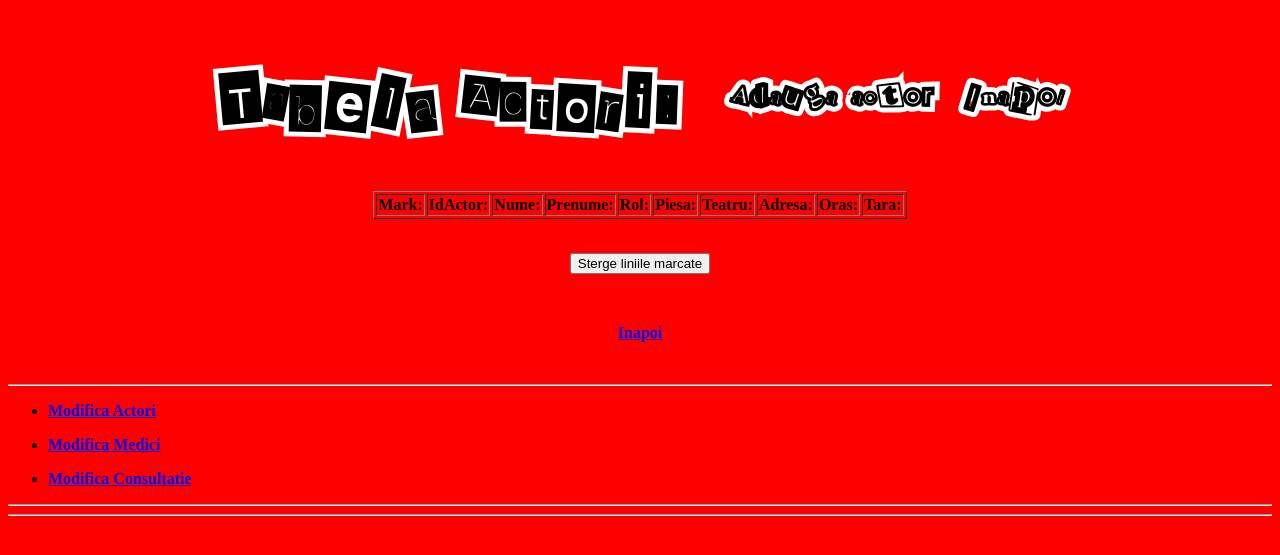
Repository: SusStefan/ActorDB
Page: http://localhost/Actori/tabela_actori.jsp
An editor plug-in stored every save of this project. The page is shown before and after the next save, followed by the edit.
The browser window is 1280 px wide. The pictures show the whole page.
The page is served by Tomcat 9. Queries for data that is not in the repository find no rows.

Above is the page before, as saved 2025-12-12 23:23:28.
Console error: TypeError: Cannot set properties of null (setting 'innerHTML')

### Actori/src/main/webapp/tabela_actori.jsp
<%@ page language="java" contentType="text/html; charset=UTF-8" pageEncoding="UTF-8"%>
<%@ page language="java" import="java.lang.*,java.math.*,db.*,java.sql.*, java.io.*, java.util.*"%>
<!DOCTYPE html PUBLIC "-//W3C//DTD HTML 4.01 Transitional//EN" "http://www.w3.org/TR/html4/loose.dtd">
<html>
 <head>
 <meta http-equiv="Content-Type" content="text/html; charset=UTF-8">
 <title>Tabela Actori</title>
 </head>
 <jsp:useBean id="jb" scope="session" class="db.JavaBean" />
 <jsp:setProperty name="jb" property="*" />
 <body>
  <div id="butholder">
 <h1 align="center" id="titlu"> Tabela Actori:</h1>
 <br/>

<a href="adauga_actor.jsp">
<div class="cssbutton "id="Butactori"><b class="sway-text"><strong>Adauga actor</strong></b></div>
</a>
 <a href="index.html">
<div class="cssbutton "id="Butactori"><b class="sway-text"><strong>Inapoi</strong></b></div>
</a>
</div>
 <form action="sterge_Pacient.jsp" method="post">
 <table border="1" align="center">
 <tr>
 <td><b>Mark:</b></td>
 <td><b>IdActor:</b></td>
 <td><b>Nume:</b></td>
 <td><b>Prenume:</b></td>
 <td><b>Rol:</b></td>
 <td><b>Piesa:</b></td>
 <td><b>Teatru:</b></td>
 <td><b>Adresa:</b></td>
 <td><b>Oras:</b></td>
 <td><b>Tara:</b></td>
 </tr>
 <%
 jb.connect();
 ResultSet rs = jb.vedeActori();
 long x;
 while (rs.next()) {
 x = rs.getInt("idactor");
 %>
 <tr>
 <td><input type="checkbox" name="primarykey" value="<%= x%>" /></td><td><%= x%></td>
 <td><%= rs.getString("nume")%></td>
 <td><%= rs.getString("prenume")%></td>
 <td><%= rs.getString("rol")%></td>
 <td><%= rs.getString("piesa")%></td>
  <td><%= rs.getString("teatru")%></td>
  <td><%= rs.getString("adresa")%></td>
  <td><%= rs.getString("oras")%></td>
  <td><%= rs.getString("tara")%></td>
 <%
 }
 %>
 </tr>
 </table><br/>
 <p align="center">
 <input type="submit" value="Sterge liniile marcate">
 </p>
 </form>
 <%
 rs.close();
 jb.disconnect();
 %>
 <br/>
 <p align="center">
 <a href="index.html"><b>Inapoi</b></a>
 <br/>
 </p>
 <br/>
 <hr>
 <ul>
 <li><a href="modifica_Pacient.jsp"><b><strong>Modifica Actori</strong></b></a></li>
 </ul>
 <ul>
 <li><a href="modifica_Medic.jsp"><b><strong>Modifica Medici</strong></b></a></li>
 </ul>
 <ul>
 <li><a href="modifica_Consultatie.jsp"><b><strong>Modifica Consultatie</strong></b></a></li>
 </ul>
 <hr>
 <hr>
 </body>
  <style>

 @font-face {
  font-family: 'Persona';            /* You give it a nickname here */
  src: url('./assets/earwig_factory/pers.ttf') format('truetype'); /* Point to the file */
  font-weight: normal;
  font-style: normal;
}

 @font-face {
  font-family: 'Persona2';            /* You give it a nickname here */
  src: url('./assets/earwig_factory/persona.otf') format('opentype'); /* Point to the file */
  font-weight: normal;
  font-style: normal;
}
 @font-face {
  font-family: 'clock';            /* You give it a nickname here */
  src: url('./assets/earwig_factory/p5hatty.ttf') format('truetype'); /* Point to the file */
  font-weight: normal;
  font-style: normal;
}
 body{
 background-color: red;
 }
 .sway-text{
 color:black;
 font-size:300%;
 font-family:Persona;

 }
 #butholder
 {
 display:flex;
flex-direction: row;
 padding:10px;
 justify-content:center;
 align-items:center;
 gap:20px;
 }
 #titlu{
 text-align:left;
 font-family: Persona2;
 paint-order: stroke fill;
 color:black;
-webkit-text-stroke: 10px white;
 font-size:400%;
 }
  .time{

 font-family: clock;
 paint-order: stroke fill;
 color:white;
-webkit-text-stroke: 30px black;

 }
 #hms{ position:absolute;
  font-size:1000%;
  top:-13%;
  right:6%;
 }
#day{ position:absolute;
right:3%;
 font-size:400%;
transform: rotate(-10deg);
 }
 #month{ position:absolute;
right:13%;
top:-2%;
 font-size:500%;
 transform: rotate(10deg);
 }
 .cssbutton
 {
 width:100%;
 height:20%;
 background-color:red;
 padding:5px;
 text-align: center;
 }
 #inapoi
 {

 }


 .sway-text {
  display: inline-block; /* Required for transform to work on text spans */
  transition: color 0.3s; /* Optional: smooth color change */
  cursor: default;
   paint-order: stroke fill;
 color:black;
-webkit-text-stroke: 10px white;
 font-size:200%;
}

 @keyframes sway {
  0% { transform: rotate(0deg); }
  25% { transform: rotate(5deg); }
  50% { transform: rotate(0deg); }
  75% { transform: rotate(-5deg); }
  100% { transform: rotate(0deg); }
}

 .cssbutton:hover
 {
  background-color:white;
  border: 3px solid black;
  animation: sway 2s ease-in-out infinite;
  }
 </style>
 <script>
 const weekday = ["Sunday","Monday","Tuesday","Wednesday","Thursday","Friday","Saturday"];
 let time = document.getElementById("hms");
 let day = document.getElementById("day");
 let month = document.getElementById("month");
 let d= new Date();
 time.innerHTML = d.getDate();
 month.innerHTML = d.getMonth()+1+"/";
 day.innerHTML = weekday[d.getDay()];


 </script>
</html>

### Actori/src/main/java/db/JavaBean.java
/*
 * Curs3_Eclipse - Valentin Pupezescu
 */
package db;
import java.math.BigDecimal;
import java.sql.*;
/**
 *
 * @author vali
 */
public class JavaBean {
	String error;
	Connection con;
	public JavaBean() {
	}
	public void connect() throws ClassNotFoundException, SQLException, Exception {
		try {
			Class.forName("com.mysql.cj.jdbc.Driver");
			con = DriverManager.getConnection("jdbc:mysql://localhost:3306/actori?useSSL=false", "root", "2005");
		} catch (ClassNotFoundException cnfe) {
			error = "ClassNotFoundException: Nu s-a gasit driverul bazei de date.";
			throw new ClassNotFoundException(error);
		} catch (SQLException cnfe) {
			error = "SQLException: Nu se poate conecta la baza de date.";
			throw new SQLException(error);
		} catch (Exception e) {
			error = "Exception: A aparut o exceptie neprevazuta in timp ce se stabilea legatura la baza de date.";
			throw new Exception(error);
		}
	} // connect()
	public void disconnect() throws SQLException {
		try {
			if (con != null) {
				con.close();
			}
		} catch (SQLException sqle) {
			error = ("SQLException: Nu se poate inchide conexiunea la baza de date.");
			throw new SQLException(error);
		}
	} // disconnect()
	public void adaugaOras(String Nume, String Tara)
			throws SQLException, Exception {
		if (con != null) {
			try {
				// creaza un "prepared SQL statement"
				Statement stmt;
				stmt = con.createStatement();
				stmt.executeUpdate("insert into orase(nume,tara) values('" +Nume
		+ "' , '" + Tara + "');");
			} catch (SQLException sqle) {
				error = "ExceptieSQL: Reactualizare nereusita; este posibil sa existe duplicate.";
				throw new SQLException(error);
			}
		} else {
			error = "Exceptie: Conexiunea cu baza de date a fost pierduta.";
			throw new Exception(error);
		}
	} // end of adaugaPacient()

	public void adaugateatru(String Nume, String Descriere, String Adresa, long Oras)
			throws SQLException, Exception {
		if (con != null) {
			try {
				// creaza un "prepared SQL statement"
				Statement stmt;
				stmt = con.createStatement();
				stmt.executeUpdate("insert into teatre(nume,descriere,adresa,idoras) values('" + Nume +
						"' , '" + Descriere + "', '" + Adresa + "', '" + Oras + "');");
			} catch (SQLException sqle) {
				error = "ExceptieSQL: Reactualizare nereusita; este posibil sa existe duplicate.";
				throw new SQLException(error);
			}
		} else {
			error = "Exceptie: Conexiunea cu baza de date a fost pierduta.";
			throw new Exception(error);
		}
	}

			public void adaugaactori(String Nume, String Prenume, String Rol, String Piesa, double Salariu, long Teatre)
					throws SQLException, Exception {
				if (con != null) {
					try {
						Statement stmt;
						stmt = con.createStatement();
						stmt.executeUpdate("insert into actori(nume,prenume,rol,piesa,salariu,idteatru) values('" + Nume +
								"' , '" + Prenume + "', '" + Rol + "', '" + Piesa + "', '" + Salariu + "', '" + Teatre
								+ "');");
					} catch (SQLException sqle) {
						error = "ExceptieSQL: Reactualizare nereusita; este posibil sa existe duplicate.";
						throw new SQLException(error);
					}
				} else {
					error = "Exceptie: Conexiunea cu baza de date a fost pierduta.";
					throw new Exception(error);
				}
			}

	public ResultSet vedeOrase() throws SQLException, Exception {
	    ResultSet rs = null;
	    try {
	        // Simple query to select the ID and Name of all cities
	        String queryString = "SELECT idoras, nume FROM orase ORDER BY nume";
	        Statement stmt = con.createStatement();
	        rs = stmt.executeQuery(queryString);
	    } catch (SQLException sqle) {
	        error = "SQLException: Interogarea oraselor nu a fost posibila.";
	        throw new SQLException(error);
	    } catch (Exception e) {
	        error = "A aparut o exceptie in timp ce se extrageau orasele.";
	        throw new Exception(error);
	    }
	    return rs;
	}

	public ResultSet vedeTabela(String tabel) throws SQLException, Exception {
		ResultSet rs = null;
		try {
			String queryString = ("select * from `actori`.`" + tabel + "`;");
			Statement stmt = con.createStatement(/*ResultSet.TYPE_SCROLL_INSENSITIVE,
ResultSet.CONCUR_READ_ONLY*/);
			rs = stmt.executeQuery(queryString);
		} catch (SQLException sqle) {
			error = "SQLException: Interogarea nu a fost posibila.";
			throw new SQLException(error);
		} catch (Exception e) {
			error = "A aparut o exceptie in timp ce se extrageau datele.";
			throw new Exception(error);
		}
		return rs;
	} // vedeTabela()
	public ResultSet vedeTeatre() throws SQLException, Exception {
		ResultSet rs = null;
		try {
			String queryString = ("select t.idteatru as idteatru"
					+ ",t.nume as nume,"
					+ "t.descriere as descriere,"
					+ "t.adresa as adresa,o.nume as oras,o.tara as tara from teatre t inner join orase o using(idoras)");
		    Statement stmt = con.createStatement(/*ResultSet.TYPE_SCROLL_INSENSITIVE,
ResultSet.CONCUR_READ_ONLY*/);
			rs = stmt.executeQuery(queryString);
		} catch (SQLException sqle) {
			error = "SQLException: Interogarea nu a fost posibila.";
			throw new SQLException(error);
		} catch (Exception e) {
			error = "A aparut o exceptie in timp ce se extrageau datele.";
			throw new Exception(error);
		}
		return rs;
	} // vedeConsultatie()

	public ResultSet vedeActori() throws SQLException, Exception {
		ResultSet rs = null;
		try {
			String queryString = ("SELECT a.idactor AS idactor, " +
			           "a.nume AS nume, " +
			           "a.prenume AS prenume, " +
			           "a.rol AS rol, " +
			           "a.piesa AS piesa, " +
			           "a.salariu AS salariu, " +
			           "t.nume AS teatru, " +
			           "t.adresa AS adresa, " +
			           "o.nume AS oras, " +
			           "o.tara AS tara " +
			    "FROM actori a, teatre t, orase o " +
			    "WHERE a.idteatru = t.idteatru AND t.idoras = o.idoras" // Correct join conditions
			);
		    Statement stmt = con.createStatement(/*ResultSet.TYPE_SCROLL_INSENSITIVE,
ResultSet.CONCUR_READ_ONLY*/);
			rs = stmt.executeQuery(queryString);
		} catch (SQLException sqle) {
			error = "SQLException: Interogarea nu a fost posibila.";
			throw new SQLException(error);
		} catch (Exception e) {
			error = "A aparut o exceptie in timp ce se extrageau datele.";
			throw new Exception(error);
		}
		return rs;
	}

	public void stergeDateTabela(String[] primaryKeys, String tabela, String dupaID) throws
	SQLException, Exception {
		if (con != null) {
			try {
				// creaza un "prepared SQL statement"
				long aux;
				PreparedStatement delete;
				delete = con.prepareStatement("DELETE FROM " + tabela + " WHERE " + dupaID + "=?;");
				for (int i = 0; i < primaryKeys.length; i++) {
					aux = java.lang.Long.parseLong(primaryKeys[i]);
					delete.setLong(1, aux);
					delete.execute();
				}
			} catch (SQLException sqle) {
				error = "ExceptieSQL: Reactualizare nereusita; este posibil sa existe duplicate.";
				throw new SQLException(error);
			} catch (Exception e) {
				error = "A aparut o exceptie in timp ce erau sterse inregistrarile.";
				throw new Exception(error);
			}
		} else {
			error = "Exceptie: Conexiunea cu baza de date a fost pierduta.";
			throw new Exception(error);
		}
	} // end of stergeDateTabela()
	public void stergeTabela(String tabela) throws SQLException, Exception {
		if (con != null) {
			try {
				// creaza un "prepared SQL statement"
				Statement stmt;
				stmt = con.createStatement();
				stmt.executeUpdate("delete from " + tabela + ";");
			} catch (SQLException sqle) {
				error = "ExceptieSQL: Stergere nereusita; este posibil sa existe duplicate.";
				throw new SQLException(error);
			}
		} else {
			error = "Exceptie: Conexiunea cu baza de date a fost pierduta.";
			throw new Exception(error);
		}
	} // end of stergeTabela()
	public void modificaTabela(String tabela, String IDTabela, int ID, String[] campuri, String[]
			valori) throws SQLException, Exception {
		String update = "update " + tabela + " set ";
		String temp = "";
		if (con != null) {
			try {
				for (int i = 0; i < campuri.length; i++) {
					if (i != (campuri.length - 1)) {
						temp = temp + campuri[i] + "='" + valori[i] + "', ";
					} else {
						temp = temp + campuri[i] + "='" + valori[i] + "' where " + IDTabela + "= '" + ID + "';";
					}
				}
				update = update + temp;
				// creaza un "prepared SQL statement"
				Statement stmt;
				stmt = con.createStatement();
				stmt.executeUpdate(update);
			} catch (SQLException sqle) {
				error = "ExceptieSQL: Reactualizare nereusita; este posibil sa existe duplicate.";
				throw new SQLException(error);
			}
		} else {
			error = "Exceptie: Conexiunea cu baza de date a fost pierduta.";
			throw new Exception(error);
		}
	}
	public void modificaActor(int idActor, String Nume, String Prenume, String Rol, String Piesa, BigDecimal Salariu, long idTeatru)
		    throws SQLException, Exception {

		    if (con == null || con.isClosed()) {
		        throw new Exception("Exceptie: Conexiunea cu baza de date a fost pierduta.");
		    }
		    String sql = "UPDATE actori SET nume=?, prenume=?, rol=?, piesa=?, salariu=?, idteatru=? WHERE idactor=?";

		    try (PreparedStatement ps = con.prepareStatement(sql)) {
		        ps.setString(1, Nume);
		        ps.setString(2, Prenume);
		        ps.setString(3, Rol);
		        ps.setString(4, Piesa);
		        ps.setBigDecimal(5, Salariu); // Sets DECIMAL type securely
		        ps.setLong(6, idTeatru);      // Sets LONG/INT type securely
		        ps.setInt(7, idActor);         // WHERE clause ID

		        ps.executeUpdate();
		    } catch (SQLException sqle) {
		        throw new SQLException("ExceptieSQL: Reactualizare nereusita. Va rugam verificati log-urile.", sqle);
		    }
		}
	public ResultSet intoarceLinie(String tabela, int ID) throws SQLException, Exception {
		ResultSet rs = null;
		try {
			// Executa interogarea
			String queryString = ("SELECT * FROM " + tabela + " where idpacient=" + ID + ";");
			Statement stmt = con.createStatement(ResultSet.TYPE_SCROLL_INSENSITIVE,
					ResultSet.CONCUR_READ_ONLY);
			rs = stmt.executeQuery(queryString); //sql exception
		} catch (SQLException sqle) {
			error = "SQLException: Interogarea nu a fost posibila.";
			throw new SQLException(error);
		} catch (Exception e) {
			error = "A aparut o exceptie in timp ce se extrageau datele.";
			throw new Exception(error);
		}
		return rs;
	} // end of intoarceLinie()
	public ResultSet intoarceLinieDupaId(String tabela, String denumireId, int ID) throws
	SQLException, Exception {
		ResultSet rs = null;
		try {
			// Executa interogarea
			String queryString = ("SELECT * FROM " + tabela + " where " + denumireId + "=" + ID
					+ ";");
			Statement stmt = con.createStatement(ResultSet.TYPE_SCROLL_INSENSITIVE,
					ResultSet.CONCUR_READ_ONLY);
			rs = stmt.executeQuery(queryString); //sql exception
		} catch (SQLException sqle) {
			error = "SQLException: Interogarea nu a fost posibila.";
			throw new SQLException(error);
		} catch (Exception e) {
			error = "A aparut o exceptie in timp ce se extrageau datele.";
			throw new Exception(error);
		}
		return rs;
	} // end of intoarceLinieDupaId()
	public ResultSet intoarceConsultatieId(int ID) throws SQLException, Exception {
		ResultSet rs = null;
		try {
			// Executa interogarea
			String queryString = ("SELECT a.Nume NumePacient, a.Prenume PrenumePacient, a.Adresa,b.Nume NumeMedic, b.Prenume PrenumeMedic, b.Sectie, c.idconsultatie, c.idmedic idmedic_consult,c.idpacient idpacient_consult, dataconsultatie, diagnostic, medicament FROM pacienti a, medici b,consultatie c WHERE a.idpacient = c.idpacient AND b.idmedic = c.idmedic and idconsultatie = '" +ID + "';");
			Statement stmt = con.createStatement(ResultSet.TYPE_SCROLL_INSENSITIVE,
					ResultSet.CONCUR_READ_ONLY);
			rs = stmt.executeQuery(queryString); //sql exception
		} catch (SQLException sqle) {
			error = "SQLException: Interogarea nu a fost posibila.";
			throw new SQLException(error);
		} catch (Exception e) {
			error = "A aparut o exceptie in timp ce se extrageau datele.";
			throw new Exception(error);
		}
		return rs;
	} // end of intoarceLinieDupaId()
}

After the next save:
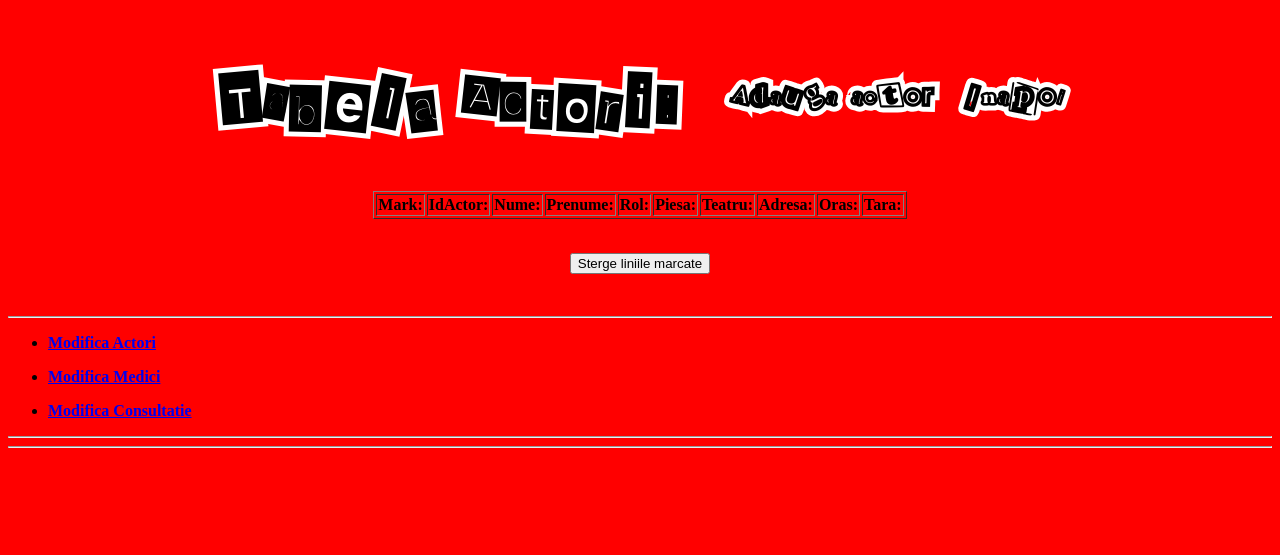
Saved 62 s later.
--- a/Actori/src/main/webapp/tabela_actori.jsp
+++ b/Actori/src/main/webapp/tabela_actori.jsp
@@ -65,11 +65,6 @@
  jb.disconnect();
  %>
  <br/>
- <p align="center">
- <a href="index.html"><b>Inapoi</b></a>
- <br/>
- </p>
- <br/>
  <hr>
  <ul>
  <li><a href="modifica_Pacient.jsp"><b><strong>Modifica Actori</strong></b></a></li>
